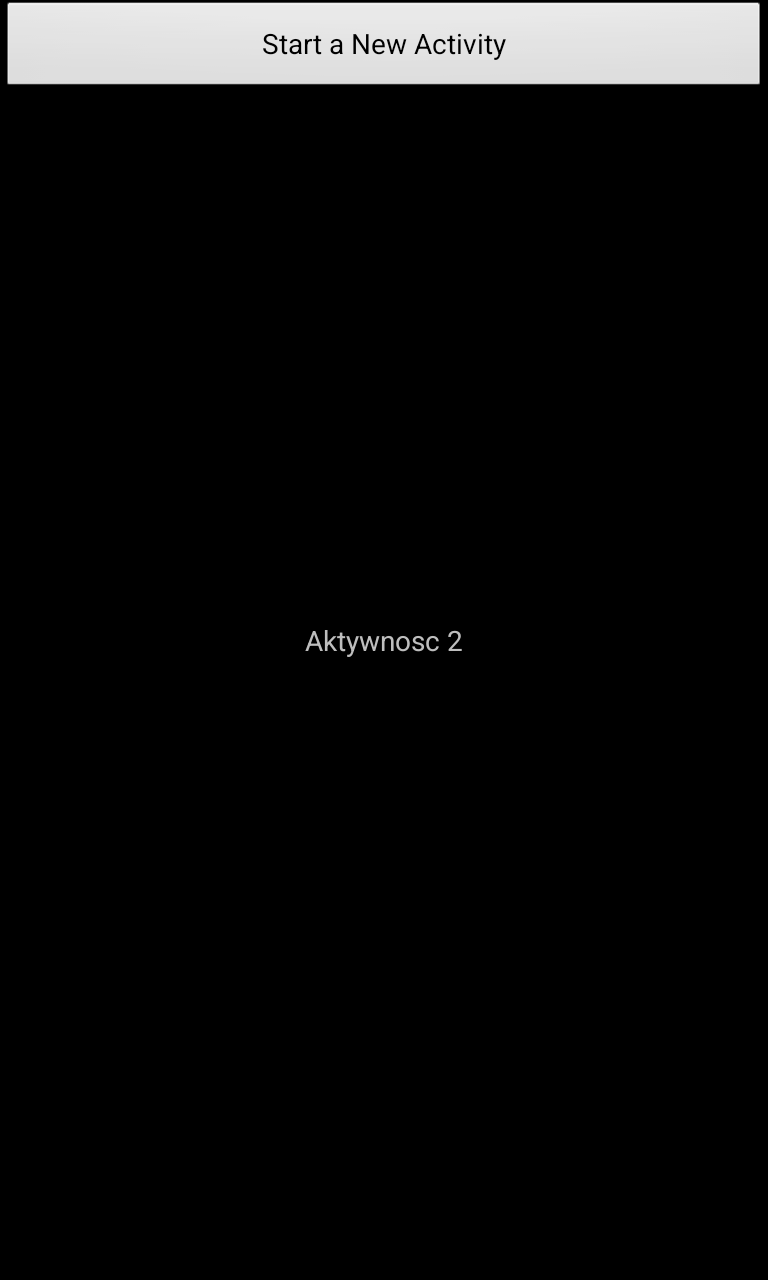
Repository: tgratkiewicz/AndroidProjektEclipse
Layout: Przelaczniki/res/layout/layout2.xml
An editor plug-in stored every save of this project. The layout is shown before and after the next save, followed by the edit.
It is drawn on a 768 x 1280 px phone screen (xhdpi) without system bars, with theme android:Theme; the app's code is not run.

Above is the layout before, as saved 2014-10-23 17:45:04.

### Przelaczniki/res/layout/layout2.xml
<?xml version="1.0" encoding="utf-8"?>
<RelativeLayout xmlns:android="http://schemas.android.com/apk/res/android"
    android:layout_width="match_parent"
    android:layout_height="match_parent"
    android:orientation="vertical" >

    <TextView
        android:layout_width="wrap_content"
        android:layout_height="wrap_content"
        android:layout_centerHorizontal="true"
        android:layout_centerVertical="true"
        android:text="Aktywnosc 2" />

    <Button
        android:id="@+id/buttonStartActivity"
        android:layout_width="fill_parent"
        android:layout_height="wrap_content"
        android:layout_below="@+id/textView"
        android:onClick="newActivityOnClik"
        android:text="Start a New Activity" />

</RelativeLayout>

After the next save:
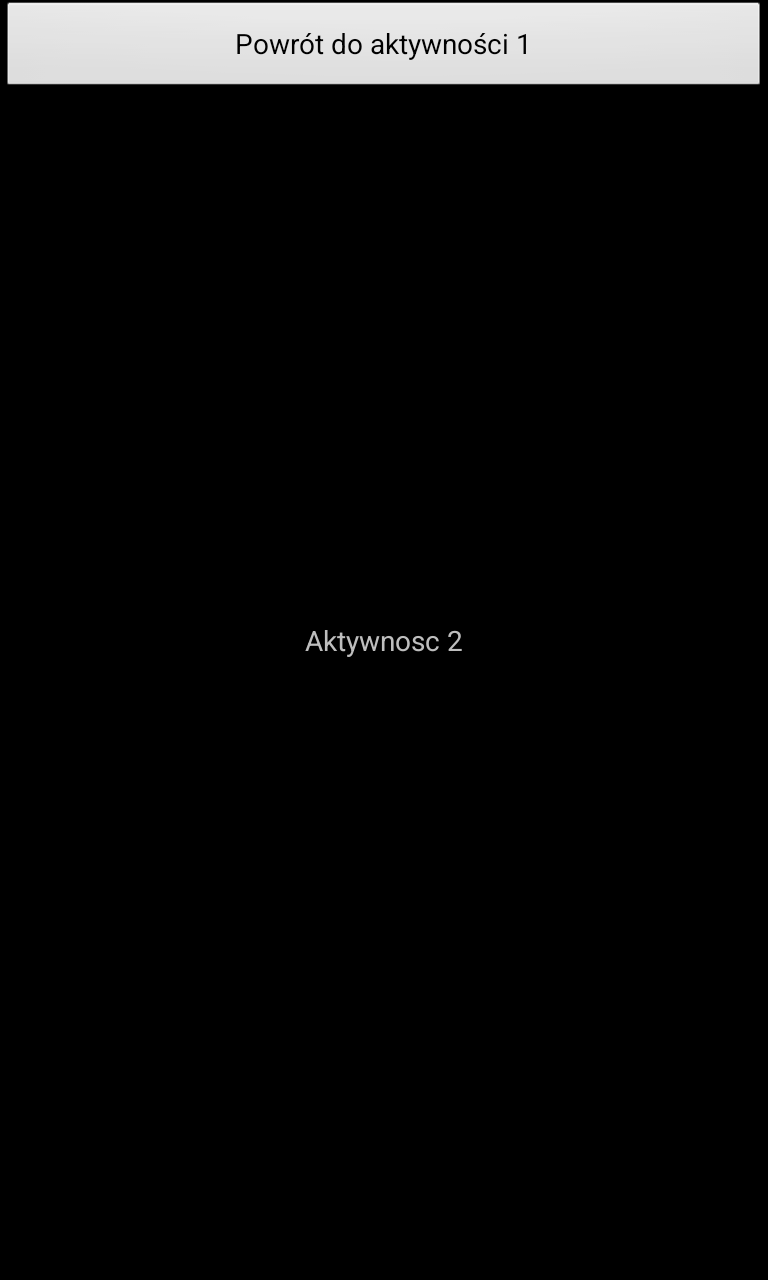
Saved 35 s later.
--- a/Przelaczniki/res/layout/layout2.xml
+++ b/Przelaczniki/res/layout/layout2.xml
@@ -17,6 +17,6 @@
         android:layout_height="wrap_content"
         android:layout_below="@+id/textView"
         android:onClick="newActivityOnClik"
-        android:text="Start a New Activity" />
+        android:text="Powrót do aktywności 1" />
 
 </RelativeLayout>
